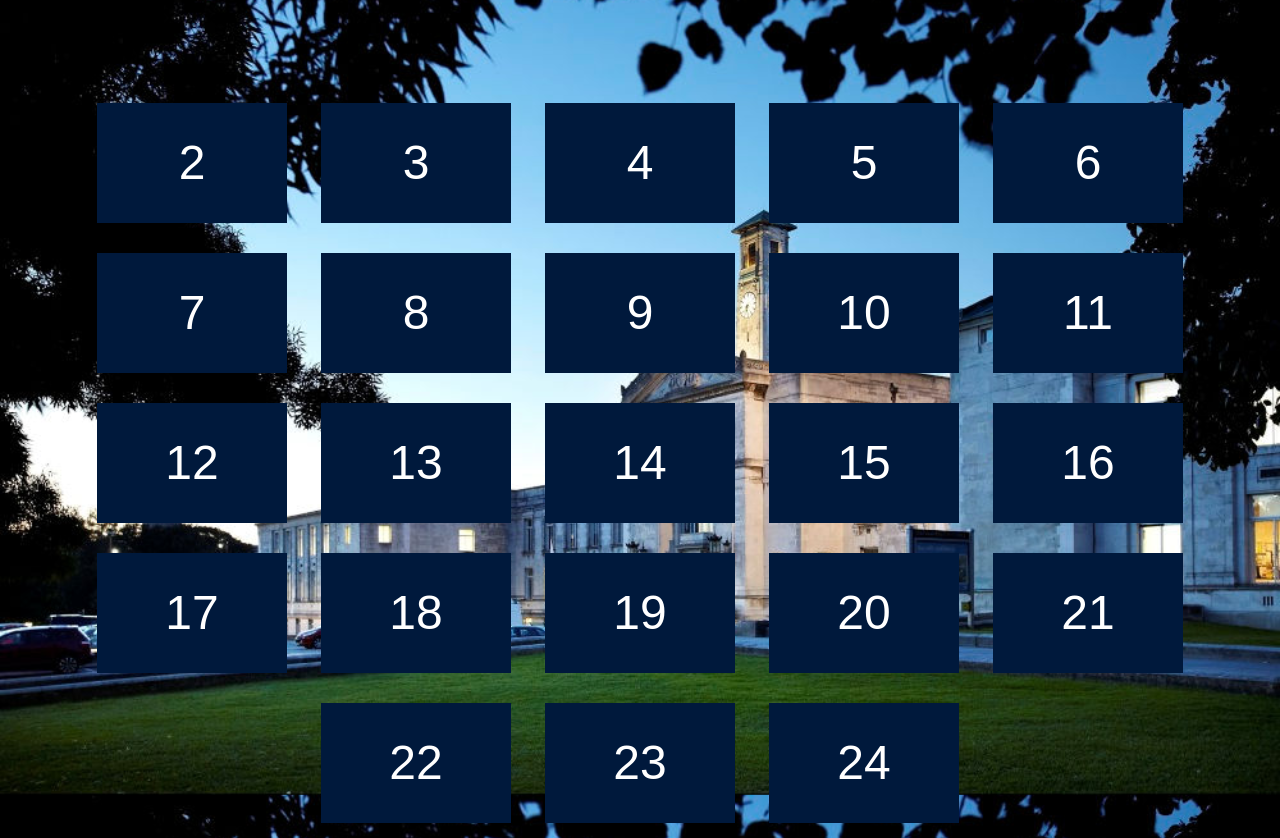
Repository: Domehead123/advent
Page: index.html
The author's editor kept a record of every edit. The page is drawn from the files as they stood at one moment, then again after the next edit.
The browser window is 1280 px wide. The pictures show the whole page.

Above is the page before.

### index.html
<!DOCTYPE html>
<html lang="en">
<head>
    <meta charset="UTF-8">
    <meta name="viewport" content="width=device-width, initial-scale=1.0">
    <meta http-equiv="X-UA-Compatible" content="ie=edge">
    <link rel="stylesheet" href="style.css" type="text/css" />
    <title>Document</title>
</head>
<body>
    <div class="window-wrapper">

        <div class="window-open"><a href="https://www.southampton.gov.uk/roads-parking/highway/mot/"></span><span class="window-header">MOT service</span>
        <span class="abstract">Our expert team can provide independent and impartial inspections</span><span class="day">1</span></a></div>


        <div class="window-closed">2</div>
        <div class="window-closed">3</div>
        <div class="window-closed">4</div>
        <div class="window-closed">5</div>
        <div class="window-closed">6</div>
        <div class="window-closed">7</div>
        <div class="window-closed">8</div>
        <div class="window-closed">9</div>
        <div class="window-closed">10</div>
        <div class="window-closed">11</div>
        <div class="window-closed">12</div>
        <div class="window-closed">13</div>
        <div class="window-closed">14</div>
        <div class="window-closed">15</div>
        <div class="window-closed">16</div>
        <div class="window-closed">17</div>
        <div class="window-closed">18</div>
        <div class="window-closed">19</div>
        <div class="window-closed">20</div>
        <div class="window-closed">21</div>
        <div class="window-closed">22</div>
        <div class="window-closed">23</div>
        <div class="window-closed">24</div>
    </div>
</body>
</html>

### style.css
body {
    background-image: url("images/civic-centre-2.jpg");
    background-size: cover;
    background-position: center;
    height: 100vh;
}

.window-wrapper {
    padding: 80px 50px 0 50px;
    text-align: center;
}

.window-open  {
    background: #fff;
    color: #00193c;
    opacity: 0.8;
    width: 190px;
    height: 120px;
    display: inline-block;
    vertical-align: top;
    margin: 15px;
}

.window-closed {
    font-size: 3em;
    text-align: center;
    font-family: "franklin-gothic-urw",sans-serif;
    line-height: 120px;
    width: 190px;
    height: 120px;
    display: inline-block;
    background-color: #00193c;
    color: #fff;
    margin: 15px;
}


.window-open  {
    background: #fff;
    height: 100%;
    text-align: center;
    font-family: "franklin-gothic-urw",sans-serif;
    transition: 0.4s all;
    position: relative;
    display: none;
}

.window-open:hover {
   background: #ddd;
}

.day {
    display: inline-block;
    position: relative;
    top: -90px;
    left: -130px;
    color: #333;
    font-size: 0.9em;
    text-decoration: none;
}

.window-open a {
    text-decoration: none;
    color: #00193c;
    transition: 0.4s all;
}

.window-open:hover a {
    text-decoration: underline;
}

.window-header {

font-weight: bold;
margin: 0 0 4px 0;
display: block;
}

.abstract::after {
content: "\203A";
display: inline-block;
text-decoration: none;
font-weight: bold;
line-height: 0;
position: relative;
top: 1px;
left: 3px;
}

After the next edit:
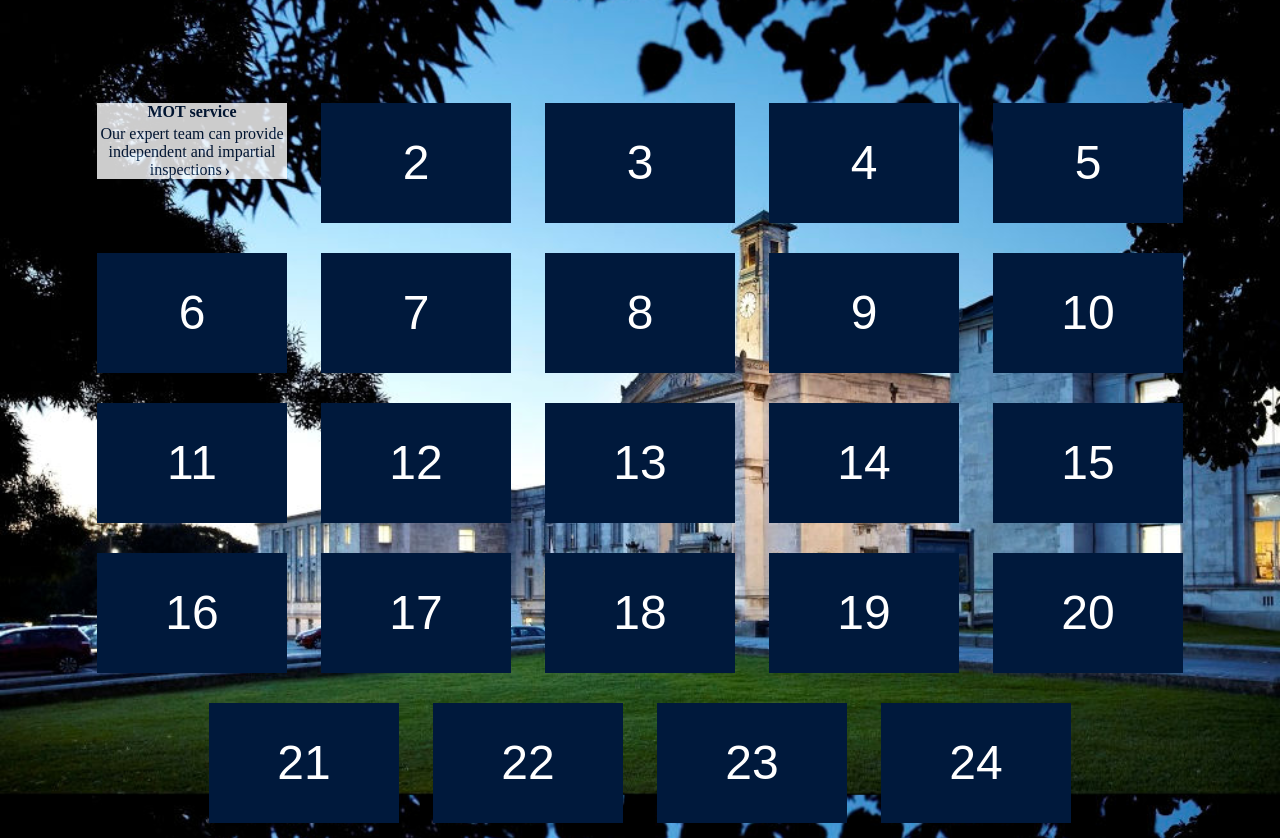
The edit:
--- a/style.css
+++ b/style.css
@@ -38,11 +38,9 @@
 .window-open  {
     background: #fff;
     height: 100%;
-    text-align: center;
-    font-family: "franklin-gothic-urw",sans-serif;
-    transition: 0.4s all;
-    position: relative;
-    display: none;
+
+
+
 }
 
 .window-open:hover {
